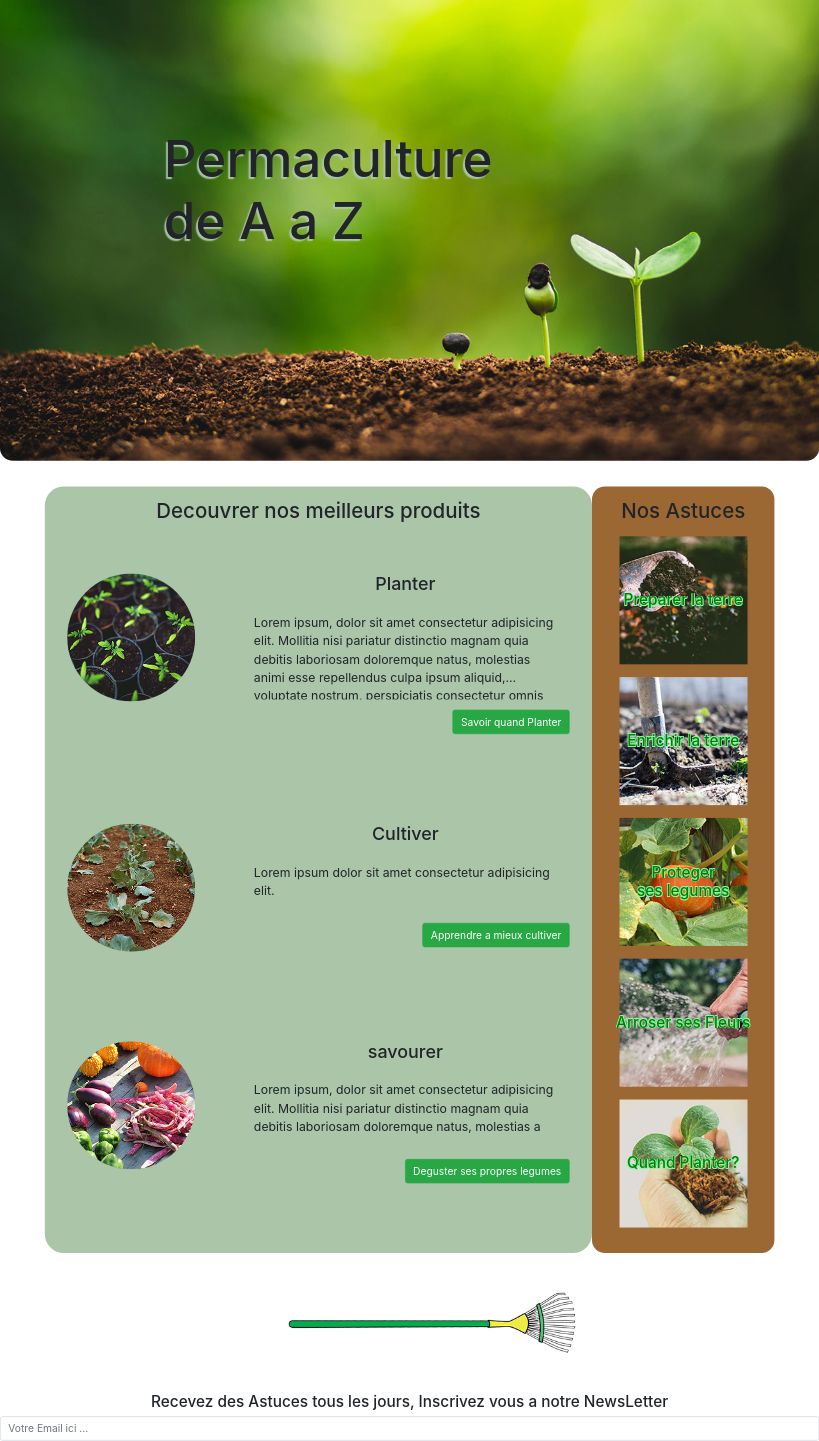
Repository: ahthionkevin/permaculture
Page: index.html
These files come from the project's save history. The page is drawn as it stood at one moment and after the next save; the edit follows.
The browser window is 1280 px wide. The pictures show the whole page, at 64% of full size.
Backgrounds fixed to the window are drawn as part of the page.

Above is the page before, as saved 2021-07-07 00:01:51.

### index.html
<!DOCTYPE html>
<html lang="fr">
<head>
    <meta charset="UTF-8">
    <meta http-equiv="X-UA-Compatible" content="IE=edge">
    <meta name="viewport" content="width=device-width, initial-scale=1.0">
    <title>Document</title>
    <link rel="stylesheet" href="./bootstrap.css">
    <link rel="stylesheet" href="./style.css">
</head>
<body>
    <header>
        <h1>Permaculture <br>de A a Z</h1>
    </header>
    <div class="container">
        <div class="row">
            <div class="col-lg-9" id="leftPart">
                <h2>Decouvrer nos meilleurs produits</h2>
                <div class="container">
                    <div class="row element">
                        <div class="col-sm-4">
                            <img src="./media/planter.jpg" alt="planter">
                        </div>
                        <div class="col-sm-8">
                            <h3>Planter</h3>
                            <p>Lorem ipsum, dolor sit amet consectetur adipisicing elit. Mollitia nisi pariatur distinctio magnam quia debitis laboriosam doloremque natus, molestias animi esse repellendus culpa ipsum aliquid, voluptate nostrum, perspiciatis consectetur omnis ipsa beatae? Debitis commodi rem voluptatum porro illo accusantium voluptas.</p>
                            <div class="bouton">
                                <button class="btn btn-success">Savoir quand Planter</button>
                            </div>

                        </div>
                    </div>

                    <div class="row element">
                        <div class="col-sm-4">
                            <img src="./media/cultiver.jpg" alt="cultiver">
                        </div>
                        <div class="col-sm-8">
                            <h3>Cultiver</h3>
                            <p>Lorem ipsum dolor sit amet consectetur adipisicing elit.</p>
                            <div class="bouton">
                                <button class="btn btn-success">Apprendre a mieux cultiver</button>
                            </div>

                        </div>
                    </div>

                    <div class="row element">
                        <div class="col-sm-4">
                            <img src="./media/savourer.jpg" alt="savourer">
                        </div>
                        <div class="col-sm-8">
                            <h3>savourer</h3>
                            <p>Lorem ipsum, dolor sit amet consectetur adipisicing elit. Mollitia nisi pariatur distinctio magnam quia debitis laboriosam doloremque natus, molestias a</p>
                            <div class="bouton">
                                <button class="btn btn-success">Deguster ses propres legumes</button>
                            </div>

                        </div>
                    </div>
                </div>
            </div>

            <div class="col-lg-3" id="rightPart">
                <h2>Nos Astuces</h2>
                <div class="tips" style="background: url(./media/preparer.jpeg) no-repeat 50% 50%;">
                    <h4>Preparer la terre</h4>
                </div>

                <div class="tips" style="background: url(./media/enrichir.jpeg) no-repeat 50% 50%;">
                    <h4>Enrichir la terre</h4>
                </div>

                <div class="tips" style="background: url(./media/proteger.jpg) no-repeat 50% 50%;">
                    <h4>Proteger <br>ses legumes</h4>
                </div>

                <div class="tips" style="background: url(./media/arroser.jpg) no-repeat 50% 50%;">
                    <h4>Arroser ses Fleurs</h4>
                </div>

                <div class="tips" style="background: url(./media/quand-planter.jpeg) no-repeat 50% 50%;">
                    <h4>Quand Planter?</h4>
                </div>
            </div>
        </div>
    </div>

    <div id="transition">
        <img src="./media/transition.png" alt="rateau">
    </div>

    <div id="newsLetter">
        <h4>Recevez des Astuces tous les jours, Inscrivez vous a notre NewsLetter</h4>
        <div class="input-group">
            <input type="email" class="form-control" placeholder="Votre Email ici ...">
        </div>
    </div>

</body>
</html>

### style.css
html{
    scroll-behavior: smooth;
}

h2, h3, h4, .nav-item, #transition, footer{
    text-align: center;
}

header{
    background: url(./media/main.jpg) no-repeat fixed 50% 50%;
    background-size: cover;
    height: 100vh;
    border-radius: 0 0 20px 20px;
    margin-bottom: 40px;
}

h1{
    font-size: 5rem;
    padding: 200px 0 0 20%;
    text-shadow: -3px 3px 2px #abc5a9;
    animation: titre ease 3.5s;
}

@keyframes titre {
    0%{
        opacity: 0;
        transform: translate(0px,180px);
    }
    100%{
        opacity: 1;
        transform: translate(0px,0px);
    }
}


/* *******************LEFT PART***************** */
#leftPart{
    background-color: #abc5a9;
    border-radius: 30px;
    padding: 20px;
}

.element{
    padding: 70px 0;
}

.element img{
    border-radius: 50%;
    width: 200px;
}

.element p{
    font-size: 1.2rem;
    display: -webkit-box;
    -webkit-box-orient: vertical;
    -webkit-line-clamp: 4;
    overflow: hidden;
    padding: 20px;
}
.element .bouton{
    text-align: right;
    max-width: 15px 4% 0 0;
}


/* ***************RIGHT PART*********** */
#rightPart{
    background-color: #9b6833;
    border-radius: 20px;
    padding: 20px;
}

.tips{
    height: 200px;
    margin: 20px auto;
    transition: 0.4s ease-out;
}

.tips h4{
    position: relative;
    color: green;
    top: 50%;
    transform: translateY(-50%);
    text-shadow: 1px 1px 0  #8cf5a9,1px -1px 0  #8cf5a9,-1px 1px 0  #8cf5a9,-1px -1px 0  #8cf5a9,1px 0px 0  #8cf5a9,0px 1px 0  #8cf5a9;
}

.tips:hover{
    opacity: 0.7;
    transform: scale(110%);
}


#transition{
    padding: 50px 0;
}

#transition img{
    animation: rateau linear 8s;
    animation-iteration-count: infinite;
    transform-origin: 50% 50%;
  }

  @keyframes rateau{
    0% {
      transform:  translate(0px,0px)  ;
    }
    7% {
      transform:  translate(66px,1px)  ;
    }
    20% {
      transform:  translate(2px,0px)  ;
    }
    31% {
      transform:  translate(56px,1px)  ;
    }
    49% {
      transform:  translate(-1px,3px)  ;
    }
    58% {
      transform:  translate(69px,1px)  ;
    }
    74% {
      transform:  translate(2px,3px)  ;
    }
    82% {
      transform:  translate(81px,1px)  ;
    }
    100% {
      transform:  translate(2px,5px)  ;
    }
  }

Loaded but not shown: bootstrap.css (library)

After the next save:
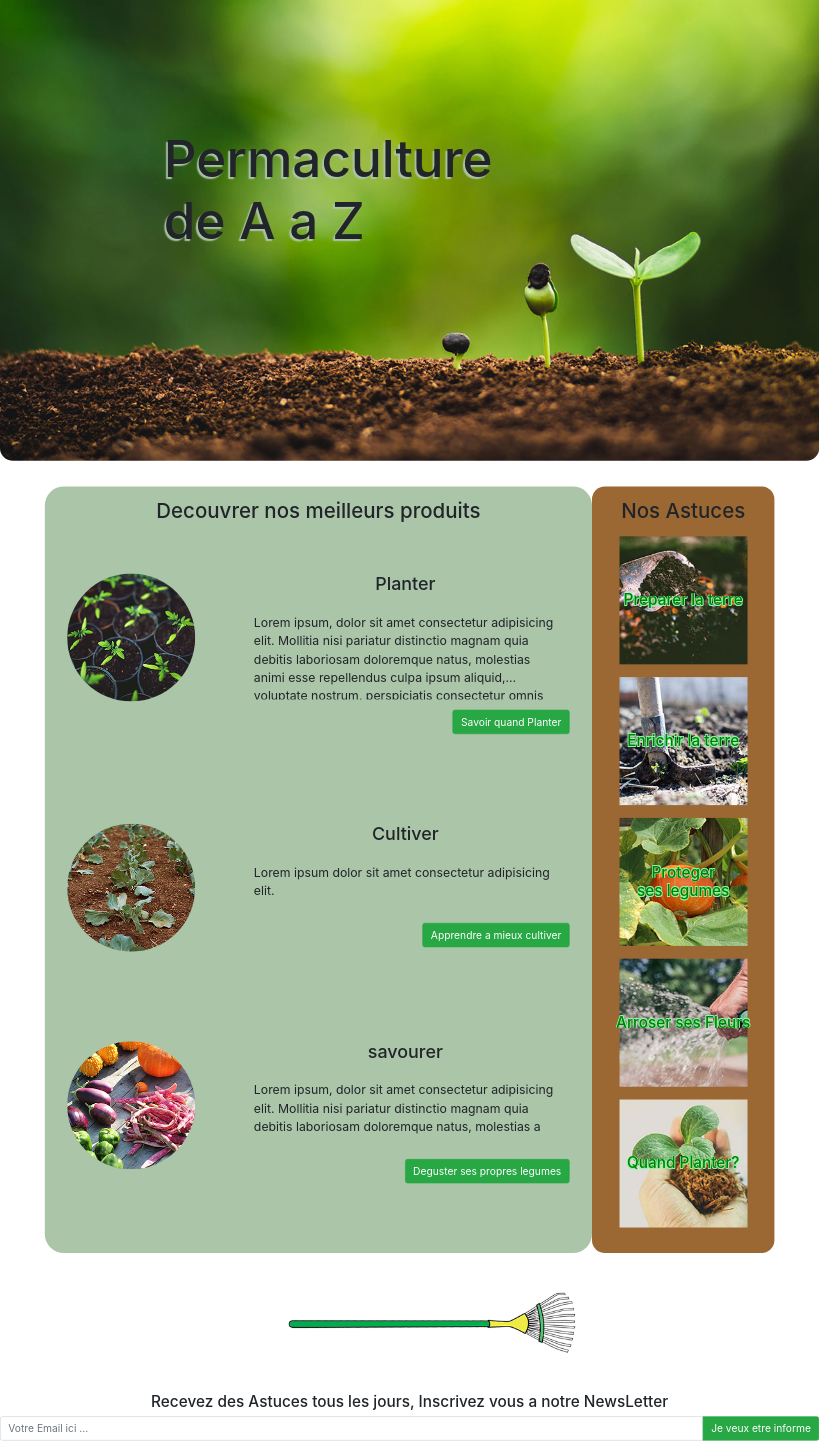
Saved 119 s later.
--- a/index.html
+++ b/index.html
@@ -94,6 +94,9 @@
         <h4>Recevez des Astuces tous les jours, Inscrivez vous a notre NewsLetter</h4>
         <div class="input-group">
             <input type="email" class="form-control" placeholder="Votre Email ici ...">
+            <div class="input-group-append">
+                <button class="btn btn-success">Je veux etre informe</button>
+            </div>
         </div>
     </div>
 
